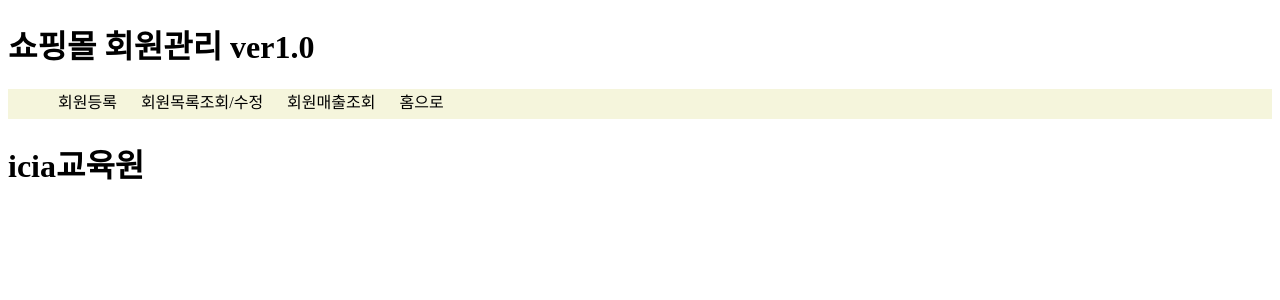
Repository: Kim-seongjun/javastudy2
Page: http://localhost/back_end_test/
The author's editor kept a copy of each file at every save. The page is drawn from the files as they stood at one save, then again after the next save.
The browser window is 1280 px wide. The pictures show the whole page.
The page is served by Tomcat 9. Other server files are loaded and not shown.

Above is the page before, as saved 2020-01-22 01:11:49.

### back_end_test/WebContent/index.jsp
<%@ page language="java" contentType="text/html; charset=UTF-8"
	pageEncoding="UTF-8"%>
<!DOCTYPE html>
<html>
<head>
<meta charset="UTF-8">
<title>Insert title here</title>
<style>

</style>
</head>
<body>
	<header>
		<div id="header">
			<jsp:include page="header.jsp" />
		</div>
	</header>
	<nav>
		<div id="nav">
			<jsp:include page="nav.jsp" />
		</div>
	</nav>
	<footer>
		<div id="footer">
			<jsp:include page="footer.jsp" />
		</div>
	</footer>
</body>
</html>

### back_end_test/WebContent/header.jsp
<%@ page language="java" contentType="text/html; charset=UTF-8"
    pageEncoding="UTF-8"%>
<!DOCTYPE html>
<html>
<head>
<meta charset="UTF-8">
<title>Insert title here</title>
<style>

</style>
</head>
<body>
<h1>쇼핑몰 회원관리 ver1.0</h1>
</body>
</html>

### back_end_test/WebContent/nav.jsp
<%@ page language="java" contentType="text/html; charset=UTF-8"
    pageEncoding="UTF-8"%>
<!DOCTYPE html>
<html>
<head>
<meta charset="UTF-8">
<title>Insert title here</title>

</head>
<style>

 #div_nav{
    background-color: beige;
    height: 30px;
 }

 ul li {
 list-style-type:none;
 display:inline;
 margin :0px 10px;
 }

</style>
<body>
   <div id="div_nav">
      <ul id="list">
         <li><a>회원등록</a></li>
         <li><a>회원목록조회/수정</a></li>
         <li><a>회원매출조회</a></li>
         <li><a>홈으로</a></li>
      </ul>
   </div>
</body>
</html>

### back_end_test/WebContent/footer.jsp
<%@ page language="java" contentType="text/html; charset=UTF-8"
    pageEncoding="UTF-8"%>
<!DOCTYPE html>
<html>
<head>
<meta charset="UTF-8">
<title>Insert title here</title>
</head>
<body>
<h1>icia교육원</h1>
</body>
</html>

After the next save:
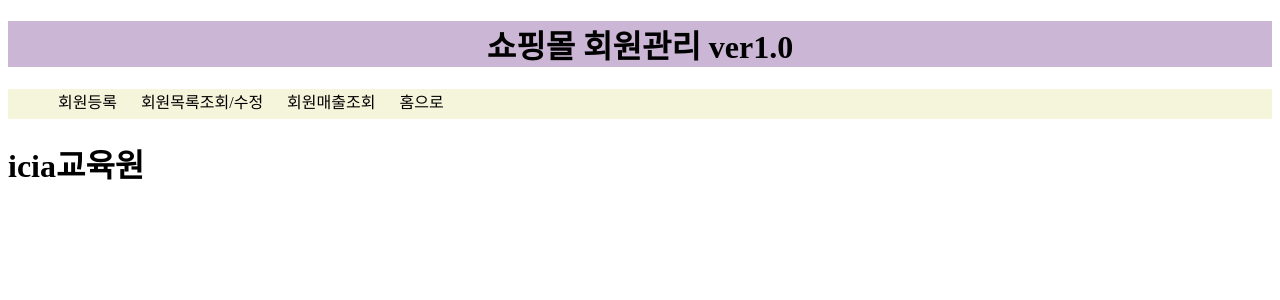
Saved 23 s later.
--- a/back_end_test/WebContent/index.jsp
+++ b/back_end_test/WebContent/index.jsp
@@ -6,7 +6,10 @@
 <meta charset="UTF-8">
 <title>Insert title here</title>
 <style>
-
+#header{
+	background-color: #CBB6D6;
+	text-align: center;
+}
 </style>
 </head>
 <body>
